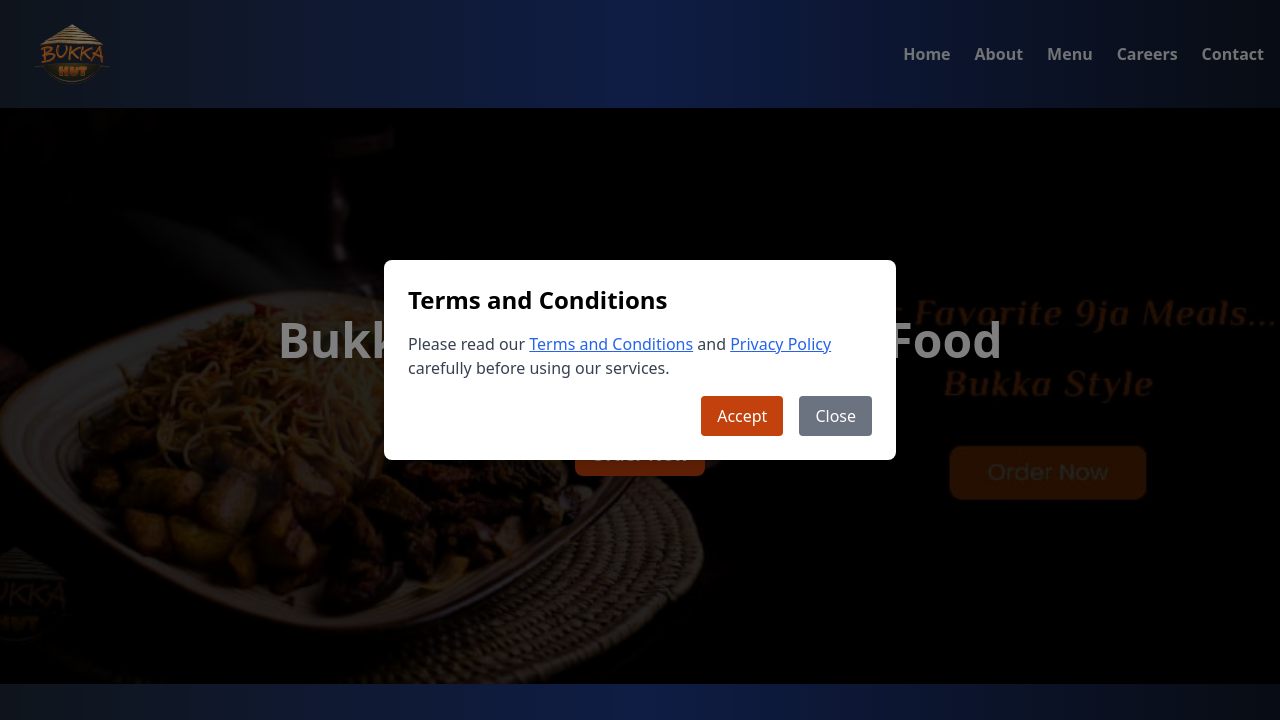
Repository: countaustin1990/BUKKAHUT
Page: INDEX.HTML
The author's editor kept a copy of each file at every save. The page is drawn from the files as they stood at one save, then again after the next save.
The browser window is 1280 px wide. The pictures show the window.
A layer covers the whole window, so only the first screen is drawn. Some web libraries are served in a nearby version.

Above is the page before, as saved 2024-08-26 16:36:22.
Console error: TypeError: Cannot read properties of null (reading 'addEventListener')

### INDEX.HTML
<!DOCTYPE html>
<html lang="en">
<head>
    <meta charset="UTF-8">
    <meta name="viewport" content="width=device-width, initial-scale=1.0">
    <title>Fast Food Restaurant</title>
    <link rel="stylesheet" href="style.css"/>
    <script src="https://cdn.tailwindcss.com"></script>
    <link rel="stylesheet" href="https://cdnjs.cloudflare.com/ajax/libs/font-awesome/6.0.0-beta3/css/all.min.css">
        <style>
        @keyframes scroll {
            0% {
                transform: translateX(0);
            }
            100% {
                transform: translateX(-100%);
            }
        }

        .animate-scroll {
            display: inline-flex;
            animation: scroll 10s linear infinite;
        }
    </style>
</head>

<body class="shadow-md bg-gradient-to-r from-gray-800 via-blue-900 to-gray-900">
    <!-- Trigger Button (Optional) -->
    <button id="openModalBtn" class="hidden">Open Modal</button>

    <!-- Modal -->
    <div id="alertModal" class="fixed inset-0 flex items-center justify-center bg-black bg-opacity-50 hidden">
        <div class="bg-white rounded-lg shadow-lg max-w-lg w-full p-6">
            <h2 class="text-2xl font-bold mb-4">Terms and Conditions</h2>
            <p class="mb-4 text-gray-700">
                Please read our <a id="termsLink" href="#" class="text-blue-600 underline">Terms and Conditions</a> and <a id="privacyLink" href="#"
                    class="text-blue-600 underline">Privacy Policy</a> carefully before using our services.
            </p>
            <div class="flex justify-end space-x-4">
                <button id="acceptBtn"
                    class="bg-orange-700 text-white px-4 py-2 rounded hover:bg-orange-600">Accept</button>
                <button id="closeModalBtn"
                    class="bg-gray-500 text-white px-4 py-2 rounded hover:bg-gray-400">Close</button>
            </div>
        </div>
    </div>
      <!-- Back to Top Button -->
    <button id="backToTop" class="fixed bottom-8 right-8 text-bold bg-orange-700 text-gray-800 p-4 rounded-full shadow-lg hover:bg-orange-600 transition-transform transform hover:scale-110 mb-3">
        <svg xmlns="http://www.w3.org/2000/svg" class="h-6 w-6 text-gray-200 mx-auto" fill="none" viewBox="0 0 24 24" stroke="currentColor" stroke-width="2">
            <path stroke-linecap="round" stroke-linejoin="round" d="M5 10l7-7m0 0l7 7m-7-7v18" />
        </svg> <!-- Upward arrow character -->
    </button>



       <!-- Navigation -->
  <nav class="shadow-md bg-gradient-to-r from-gray-800 via-blue-900 to-gray-900 text-gray-200">
    <div class="container mx-auto px-4 py-2 flex items-center justify-between">
      <div class="text-2xl font-bold text-blue-600">
        <a href="#" class="flex flex-col lg:flex-row items-center lg:space-x-8 p-4">
          <img src="Logo-r.png" alt="Bukka Hut" width="80">
          </a>
      </div>
      <div class="hidden md:flex space-x-6">
        <a href="index.html" class="text-gray-200 hover:text-orange-700 font-bold">Home</a>
        <a href="About.html" class="text-gray-200 hover:text-orange-700 font-bold">About</a>
        <a href="Menu.test.html" class="text-gray-200 hover:text-orange-700 font-bold">Menu</a>
        <a href="Careers.html" class="text-gray-200 hover:text-orange-700 font-bold">Careers</a>
        <a href="./Contact.main.html" class="text-gray-200 hover:text-orange-700 font-bold">Contact</a>
      </div>
      <div class="md:hidden">
        <button id="menu-button" class="text-white focus:outline-none">
          <svg xmlns="http://www.w3.org/2000/svg" fill="none" viewBox="0 0 24 24" stroke="currentColor" class="w-6 h-6">
            <path stroke-linecap="round" stroke-linejoin="round" stroke-width="2" d="M4 6h16M4 12h16M4 18h16" />
          </svg>
        </button>
      </div>
    </div>

    <!-- Mobile Menu -->
    <div id="mobile-menu" class="hidden md:hidden bg-gray-900 shadow-md">
      <a href="test.html" class="block px-4 py-2 text-white hover:bg-orange-600">Home</a>
      <a href="./About.html" class="block px-4 py-2 text-white hover:bg-orange-600">About</a>
      <a href="./Menu.test.html" class="block px-4 py-2 text-white hover:bg-orange-600">Menu</a>
      <a href="./Career.html" class="block px-4 py-2 text-white hover:bg-orange-600">Career</a>
      <a href="./Contact.main.html" class="block px-4 py-2 text-white hover:bg-orange-600">Contact</a>
    </div>

    <!-- Mobile Menu -->
    <div id="mobile-menu" class="hidden md:hidden bg-gray-900 shadow-md">
      <a href="test.html" class="block px-4 py-2 text-white hover:bg-orange-600">Home</a>
      <a href="./About.html" class="block px-4 py-2 text-white hover:bg-orange-600">About</a>
      <a href="./Menu.test.html" class="block px-4 py-2 text-white hover:bg-orange-600">Menu</a>
      <a href="./Career.html" class="block px-4 py-2 text-white hover:bg-orange-600">Career</a>
      <a href="./Contact.main.html" class="block px-4 py-2 text-white hover:bg-orange-600">Contact</a>
    </div>
  </nav>
    <!-- Hero Section -->
    <header id="home" class="bg-cover bg-center h-screen" style="background-image: url('hero.jpg');">
    <div class="flex flex-col items-center justify-center h-full bg-black bg-opacity-70 text-center text-white">
        <h1 class="text-5xl font-bold mb-4">Bukka Hut Delicious Fast Food</h1>
        <p class="text-xl mb-6 font-semibold">Ready to satisfy your hunger!</p>
        <a href="Menu.test.html" class="bg-orange-700 hover:bg-orange-600 text-white py-2 px-4 rounded-lg text-lg font-bold">Order Now</a>
    </div>
</header>

 <!-- Search Bar Section
    <section-- class="py-16 bg-gray-900 text-white">
        <div class="max-w-4xl mx-auto px-4 text-center">
            <h2 class="text-4xl font-bold mb-6">Search Our Menu</h2>
            <div class="relative">
                <input id="searchInput" type="text" placeholder="Search for dishes, drinks, or desserts..."
                    class="w-full p-4 rounded-lg bg-gray-700 border border-orange-400 focus:outline-none focus:ring-2 focus:ring-yellow-500">
                <button id="searchButton"
                    class="absolute right-0 top-0 mt-4 mr-4 bg-orange-700 hover:bg-orange-600 text-white py-2 px-4 rounded-lg font-semibold">
                    Search
                </button>
            </div>
            <ul id="resultsList" class="mt-6 text-left"></ul>
        </div>
    </section-->


        <!-- About Us Section -->
    <section id="about" class="py-16 shadow-md bg-gradient-to-r from-gray-800 via-blue-900 to-gray-900 text-gray-200 p-5 mb-3">
      <div class="max-w-4xl mx-auto text-center px-4 bg-orange-800 p-5 rounded-lg mb-3">
        <h2 class="text-3xl font-bold text-gray-200">About Us</h2>
        <img src="Logo-r.png" alt="Logo" class="inline-block h-48 mx-2">
        <p class="text-gray-100 mb-5">We have been serving delicious fast food since 1990, committed to providing the best quality meals with fresh ingredients.</p>
        <a href="./About.html" class="py-3 px-6 rounded-lg border border-gray-200 text-gray-200 hover:bg-orange-600 hover:text-white rounded font-semibold text-lg">
  Learn More
</a>
      </div>
    </section>
                <!-- Repeat similar structure for other menu items
            </div>
            </section>
            <div class="overflow-x-auto whitespace-nowrap py-4 px-6 bg-white mt-5 container">
              <h2 class="text-3xl text-center font-bold mb-6">Our Menu</h2>
              <div--- class="animate-scroll">
                <a href="Menu.html">
                <img src="burger.jpg" alt="Burger" class="inline-block h-48 mx-2">
                <img src="fries.jpg" alt="Fries" class="inline-block h-48 mx-2">
                <img src="drink.jpg" alt="Drink" class="inline-block h-48 mx-2">
                <img src="dessert.jpg" alt="Dessert" class="inline-block h-48 mx-2">
                <img src="pizza.jpg" alt="Pizza" class="inline-block h-48 mx-2">
                </a>
                 Repeat images as needed to fill the scroll area

            </div--->



<!--------------------------------------------------------------------------------------------->
  <section class="flex justify-center items-center p-5 container mx-auto vote bg-gradient-to-r from-gray-800 via-blue-900 to-gray-900">
  <div class="overflow-x-auto whitespace-nowrap py-4 px-6 bg-gradient-to-r from-gray-800 via-blue-900 to-gray-900 mt-5 container mx-auto">
    <h2 class="text-3xl text-center font-bold mb-6 text-gray-200">Our Menu</h2>
    <div class="animate-scroll">
      <a href="Menu.html">
        <img src="burger.jpg" alt="Burger" class="inline-block h-48 mx-4 rounded-lg">
        <img src="fries.jpg" alt="Fries" class="inline-block h-48 mx-4 rounded-lg">
        <img src="drink.jpg" alt="Drink" class="inline-block h-48 mx-4 rounded-lg">
        <img src="dessert.jpg" alt="Dessert" class="inline-block h-48 mx-4 rounded-lg">
        <img src="pizza.jpg" alt="Pizza" class="inline-block h-48 mx-4 rounded-lg">
      </a>
      <!-- Repeat images as needed to fill the scroll area -->
    </div>
  </div>
</section>



    <!-- Contact Section -->
    <section id="contact" class="py-16 bg-gray-900 text-white">
        <div class="max-w-4xl mx-auto text-center px-4">
            <h2 class="text-3xl font-bold mb-6">Contact Us</h2>
            <form class="space-y-4">
                <input type="text" placeholder="Name" required class="w-full p-3 rounded-lg bg-gray-700 border border-orange-400 focus:outline-none focus:ring-2 focus:ring-yellow-500">
                <input type="email" placeholder="Email" required class="w-full p-3 rounded-lg bg-gray-700 border border border-orange-400 focus:outline-none focus:ring-2 focus:ring-yellow-500">
                <textarea placeholder="Message" required class="w-full p-3 rounded-lg bg-gray-700 border border border-orange-400 focus:outline-none focus:ring-2 focus:ring-yellow-500"></textarea>
                <button type="submit" class="bg-orange-700 hover:bg-gray-700 text-white py-3 px-6 rounded-lg font-semibold">Send</button>
            </form>
        </div>
        <div class="flex justify-center space-x-4 mt-5 font-bold">
  <a href="https://facebook.com" class="text-blue-600 hover:text-blue-800">
    <i class="fab fa-facebook-f text-2x1"></i>
  </a>
  <a href="https://twitter.com" class="text-blue-400 hover:text-blue-600">
    <i class="fab fa-twitter text-2x1"></i>
  </a>
  <a href="https://instagram.com" class="text-pink-600 hover:text-pink-800">
    <i class="fab fa-instagram text-2x1"></i>
  </a>
  <a href="https://linkedin.com" class="text-blue-700 hover:text-blue-900">
    <i class="fab fa-linkedin-in text-2x1"></i>
  </a>
</div>
    </section>
<hr class="text-gray-300">
   <!-- Footer Section -->
    <footer class="bg-gray-800 text-gray-300 py-12">
        <div class="container mx-auto px-6 grid grid-cols-1 md:grid-cols-3 lg:grid-cols-4 gap-8">
            <!-- Company Info -->
            <div>
                <div class="text-2xl font-bold text-blue-600">
                    <a href="#" class="flex flex-col lg:flex-row items-center">
                        <img src="Logo-r.png" alt="Bukka Hut" width="80">
                    </a>
                     <h3 class="text-xl font-bold text-white mb-4">Bukka Hut</h3>
                </div>

                <p class="text-gray-400 leading-relaxed">
                    Ready to satisfy your hunger!
                </p>

            </div>

            <!-- Navigation Links -->
            <div>
                <h4 class="text-lg font-bold text-white mb-4">Quick Links</h4>
                <ul>
                    <li class="mb-2">
                        <a href="./index.html" class="hover:text-white transition-colors">Home</a>
                    </li>
                    <li class="mb-2">
                        <a href="./About.html" class="hover:text-white transition-colors">About Us</a>
                    </li>
                    <li class="mb-2">
                        <a href="./Menu.test.html" class="hover:text-white transition-colors">Menu</a>
                    </li>
                    <li class="mb-2">
                        <a href="Careers.html" class="hover:text-white transition-colors">Careers</a>
                    </li>
                    <li>
                        <a href="./Contact.main.html" class="hover:text-white transition-colors">Contact</a>
                    </li>
                </ul>
            </div>

<!-- Social Media -->
<div>
  <h4 class="text-lg font-bold text-white mb-4">Follow Us</h4>
  <div class="flex space-x-4">
    <a href="#" class="text-gray-400 hover:text-white transition-colors">
      <img src="https://img.icons8.com/ios-filled/30/ffffff/facebook-new.png" alt="Facebook" class="icont">
    </a>
    <a href="#" class="text-gray-400 hover:text-white transition-colors">
      <img src="https://img.icons8.com/ios-filled/30/ffffff/twitter.png" alt="Twitter" class="icont">
    </a>
    <a href="#" class="text-gray-400 hover:text-white transition-colors">
      <img src="https://img.icons8.com/ios-filled/30/ffffff/linkedin.png" alt="LinkedIn" class="icont">
    </a>
    <a href="#" class="text-gray-400 hover:text-white transition-colors">
      <img src="https://img.icons8.com/ios-filled/30/ffffff/instagram-new.png" alt="Instagram" class="icont">
    </a>
  </div>
</div>
            <!-- Newsletter -->
            <div>
                <h4 class="text-lg font-semibold text-white mb-4">Newsletter</h4>
                <p class="text-gray-400 mb-4">
                    Subscribe to our newsletter to stay updated on the latest news and special offers.
                </p>
                <form>
                    <input type="email" placeholder="Enter your email" class="w-full p-2 mb-4 text-gray-900 rounded-lg focus:outline-none">
                    <button type="submit" class="w-full bg-orange-700 text-white p-2 rounded-lg hover:bg-orange-600 transition-colors">Subscribe</button>
                </form>
            </div>
        </div>

        <!-- Footer Bottom -->
        <div class="border-t border-gray-700 mt-8 pt-8 text-center">
            <p class="text-gray-400">&copy; 2024 Bukka Hut. All rights reserved.</p>
        </div>
    </footer>

 <script src="main.js"></script>
 <script>
        // JavaScript to handle modal open and close
        document.getElementById('openModalBtn').addEventListener('click', () => {
            document.getElementById('alertModal').classList.remove('hidden');
        });

        document.getElementById('closeModalBtn').addEventListener('click', () => {
            document.getElementById('alertModal').classList.add('hidden');
        });

        // Redirect to the terms and conditions page
        document.getElementById('termsLink').addEventListener('click', (event) => {
            event.preventDefault();
            window.location.href = 'terms-and-conditions.html'; // Replace with your Terms and Conditions URL
        });

        // Redirect to the privacy policy page
        document.getElementById('privacyLink').addEventListener('click', (event) => {
            event.preventDefault();
            window.location.href = 'privacy-policy.html'; // Replace with your Privacy Policy URL
        });

        // Redirect to a specific page after accepting the terms
        document.getElementById('acceptBtn').addEventListener('click', () => {
            window.location.href = 'next-page.html'; // Replace with your next page URL
        });

        // Automatically trigger the modal on page load
        window.onload = () => {
            document.getElementById('openModalBtn').click();
        };
    </script>

</body>
</html>

### style.css
/*CSS*/

#backToTop {
  z-index: 1000;
}

#home {
    height: 80svh;
}

#about {
    height: 40svh;
    margin-bottom: 150px;
}
.vote {
    margin-top: 20px;
}

.abata {
    padding: 16px 20px;
}

.icont {
    width: 18px;
}

### main.js
const menuButton = document.getElementById('menu-button');
const mobileMenu = document.getElementById('mobile-menu');

menuButton.addEventListener('click', () => {
  mobileMenu.classList.toggle('hidden');
});

// Animate the scroll
const scrollContainer = document.querySelector('.animate-scroll');

function startScrolling() {
  const width = scrollContainer.scrollWidth;
  scrollContainer.style.animation = `scroll ${width / 100}s linear infinite`;
}

// Start the scroll animation once the DOM is fully loaded
window.addEventListener('load', startScrolling);

document.addEventListener("DOMContentLoaded", function() {
  function toggleText(buttonId, textId) {
    const button = document.getElementById(buttonId);
    const text = document.getElementById(textId);
    button.addEventListener("click", function(event) {
      event.preventDefault();
      if (text.classList.contains("hidden")) {
        text.classList.remove("hidden");
        button.textContent = "Read Less";
      } else {
        text.classList.add("hidden");
        button.textContent = "Read More";
      }
    });
  }

  toggleText("toggleButton4", "moreText4");
  toggleText("toggleButton1", "moreText1");
  toggleText("toggleButton2", "moreText2");
  toggleText("toggleButton3", "moreText3");
});


// JavaScript to handle "Back to Top" button visibility and functionality
const backToTopButton = document.getElementById('backToTop');

// Show button when scrolled down 100px from the top
window.addEventListener('scroll', () => {
  if (window.scrollY > 100) {
    backToTopButton.classList.remove('hidden');
  } else {
    backToTopButton.classList.add('hidden');
  }
});

// Smooth scroll to top when button is clicked
backToTopButton.addEventListener('click', () => {
  window.scrollTo({
    top: 0,
    behavior: 'smooth'
  });
});

//SEO script
  document.getElementById('searchButton').addEventListener('click', function () {
            const searchQuery = document.getElementById('searchInput').value.toLowerCase();
            const menuItems = document.querySelectorAll('#menuItems li');
            const resultsList = document.getElementById('resultsList');
            resultsList.innerHTML = '';

            menuItems.forEach(function (item) {
                if (item.textContent.toLowerCase().includes(searchQuery)) {
                    const li = document.createElement('li');
                    li.textContent = item.textContent;
                    li.classList.add('p-2', 'bg-gray-800', 'rounded-lg', 'mt-2');
                    resultsList.appendChild(li);
                }
            });

            if (resultsList.innerHTML === '') {
                resultsList.innerHTML = '<li class="p-2 bg-gray-800 rounded-lg mt-2">No results found</li>';
            }
        });

        document.getElementById('searchInput').addEventListener('keypress', function (e) {
            if (e.key === 'Enter') {
                document.getElementById('searchButton').click();
            }
        });

After the next save:
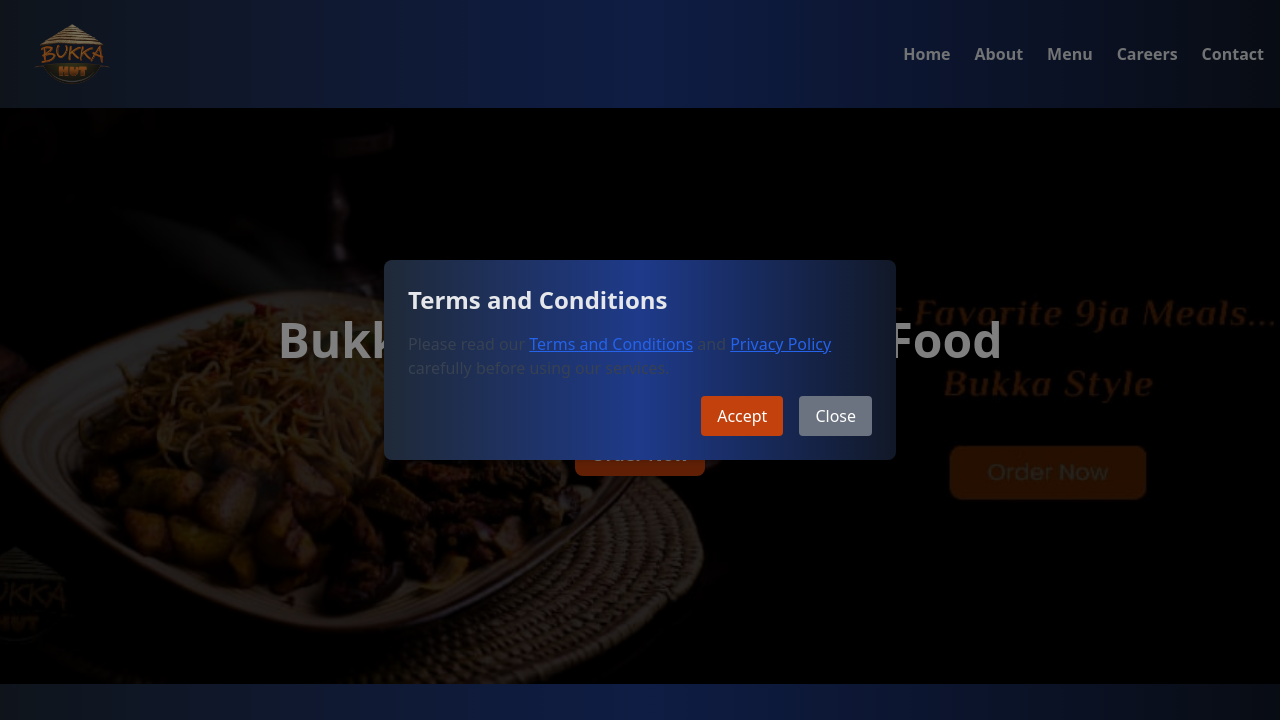
Saved 99 s later.
--- a/INDEX.HTML
+++ b/INDEX.HTML
@@ -30,7 +30,7 @@
 
     <!-- Modal -->
     <div id="alertModal" class="fixed inset-0 flex items-center justify-center bg-black bg-opacity-50 hidden">
-        <div class="bg-white rounded-lg shadow-lg max-w-lg w-full p-6">
+        <div class="rounded-lg shadow-md bg-gradient-to-r from-gray-800 via-blue-900 to-gray-900 text-gray-200 max-w-lg w-full p-6">
             <h2 class="text-2xl font-bold mb-4">Terms and Conditions</h2>
             <p class="mb-4 text-gray-700">
                 Please read our <a id="termsLink" href="#" class="text-blue-600 underline">Terms and Conditions</a> and <a id="privacyLink" href="#"
